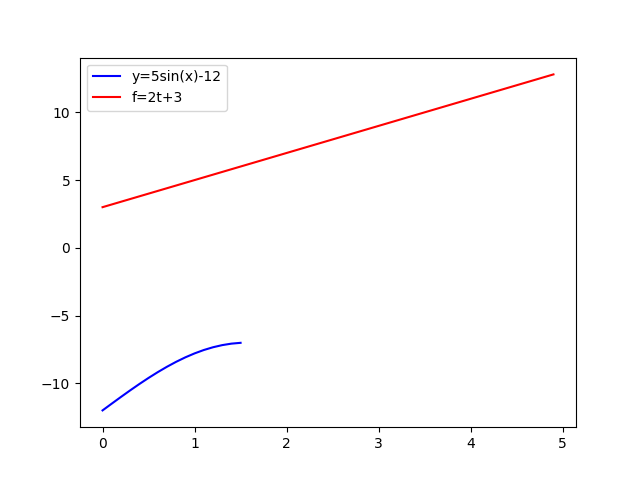
Repository: virangaj/python_labsheets
Script's output: python Tutorial_2/ex3.py
The author's editor kept a copy of each file at every save. The script's output is drawn from the files as they stood at one save, then again after the next save.
Random numbers start from a fixed seed.

Above is the script's output before, as saved 2022-07-03 23:07:09.

### Tutorial_2/ex3.py
import math
import matplotlib.pyplot as plt
import numpy as np

def create_graph():
    x = np.arange(0, math.pi/2, 0.1)
    print(x)
    y = np.sin(x) * 5 - 12
    print(y)
    plt.plot(x,y, color='b', label='y=5sin(x)-12')


    t = np.arange(0, 5, 0.1)
    print(t)
    f = 2*t+3
    plt.plot(t,f, color='r', label='f=2t+3')
    plt.legend()
    plt.show()
create_graph()

After the next save:
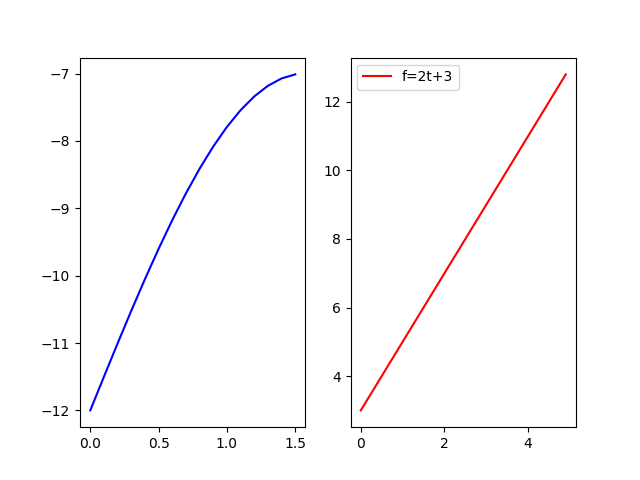
Saved 44 s later.
--- a/Tutorial_2/ex3.py
+++ b/Tutorial_2/ex3.py
@@ -7,12 +7,15 @@ def create_graph():
     print(x)
     y = np.sin(x) * 5 - 12
     print(y)
+    plt.subplot(1,2,1)
     plt.plot(x,y, color='b', label='y=5sin(x)-12')
 
 
     t = np.arange(0, 5, 0.1)
     print(t)
     f = 2*t+3
+    plt.subplot(1,2,2)
+
     plt.plot(t,f, color='r', label='f=2t+3')
     plt.legend()
     plt.show()
